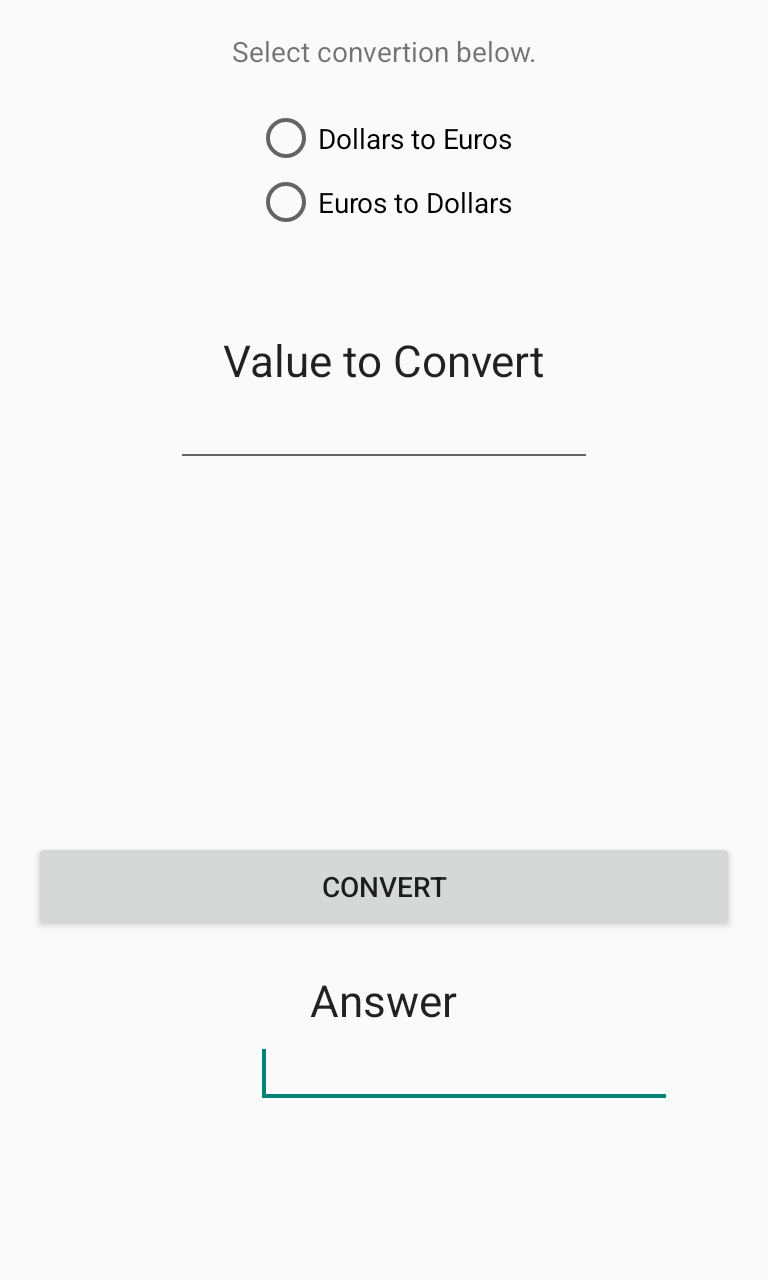
Repository: awayzo/6300Fall14Assignment4
Layout: UnitConvertor/res/layout/activity_currency.xml
These files come from the project's save history. The layout is drawn as it stood at one moment and after the next save; the edit follows.
It is drawn on a 768 x 1280 px phone screen (xhdpi) without system bars, with theme AppTheme; the app's code is not run.

Above is the layout before, as saved 2014-09-26 21:32:46.

After the next save:
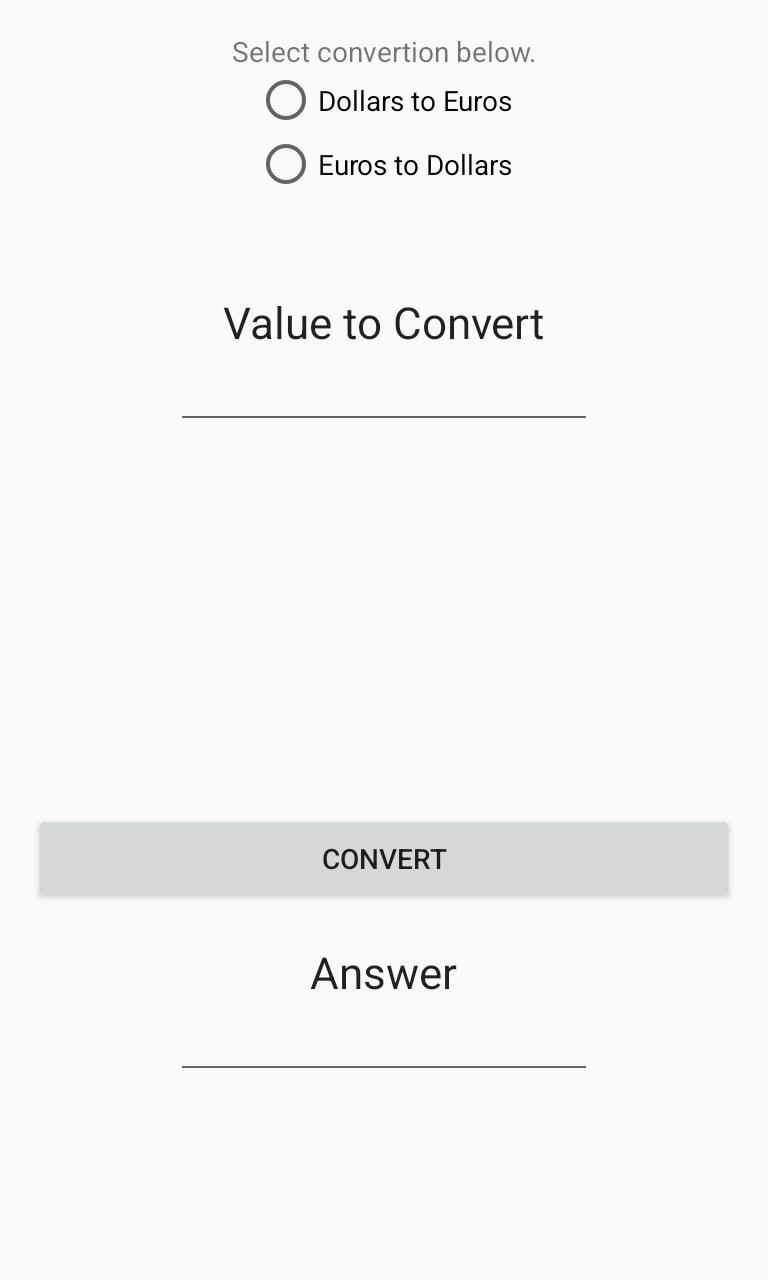
Saved 6 s later.
--- a/UnitConvertor/res/layout/activity_currency.xml
+++ b/UnitConvertor/res/layout/activity_currency.xml
@@ -8,25 +8,11 @@
     android:paddingTop="@dimen/activity_vertical_margin"
     tools:context="edu.gatech.seclass.unitconvertor.CurrencyActivity" >
 
-
-    <EditText
-        android:id="@+id/EditText01"
+    <TextView
+        android:id="@+id/lblAnswer"
         android:layout_width="wrap_content"
         android:layout_height="wrap_content"
-        android:layout_alignLeft="@+id/radioEuroToDollars"
-        android:layout_alignParentBottom="true"
-        android:layout_marginBottom="68dp"
-        android:ems="10"
-        android:inputType="numberDecimal" >
-
-        <requestFocus />
-    </EditText>
-
-    <TextView
-        android:id="@+id/textView2"
-        android:layout_width="wrap_content"
-        android:layout_height="wrap_content"
-        android:layout_above="@+id/EditText01"
+        android:layout_above="@+id/txtAnswer"
         android:layout_centerHorizontal="true"
         android:text="Answer"
         android:textAppearance="?android:attr/textAppearanceLarge" />
@@ -35,13 +21,13 @@
         android:id="@+id/btnConvert"
         android:layout_width="match_parent"
         android:layout_height="wrap_content"
-        android:layout_above="@+id/textView2"
+        android:layout_above="@+id/lblAnswer"
         android:layout_centerHorizontal="true"
         android:layout_marginBottom="18dp"
         android:text="Convert" />
 
     <TextView
-        android:id="@+id/textView3"
+        android:id="@+id/lblTitle_currency"
         android:layout_width="wrap_content"
         android:layout_height="wrap_content"
         android:layout_alignParentTop="true"
@@ -66,7 +52,7 @@
         android:text="Euros to Dollars" />
 
     <TextView
-        android:id="@+id/textView1"
+        android:id="@+id/lblValue_currency"
         android:layout_width="wrap_content"
         android:layout_height="wrap_content"
         android:layout_below="@+id/radioEuroToDollars"
@@ -76,12 +62,22 @@
         android:textAppearance="?android:attr/textAppearanceLarge" />
 
     <EditText
-        android:id="@+id/editText2"
+        android:id="@+id/txtValue_currency"
         android:layout_width="wrap_content"
         android:layout_height="wrap_content"
-        android:layout_below="@+id/textView1"
+        android:layout_below="@+id/lblValue_currency"
         android:layout_centerHorizontal="true"
         android:ems="10"
         android:inputType="numberDecimal" />
 
+    <EditText
+        android:id="@+id/txtAnswer"
+        android:layout_width="wrap_content"
+        android:layout_height="wrap_content"
+        android:layout_alignLeft="@+id/txtValue_currency"
+        android:layout_alignParentBottom="true"
+        android:layout_marginBottom="82dp"
+        android:ems="10"
+        android:inputType="numberDecimal" />
+
 </RelativeLayout>
